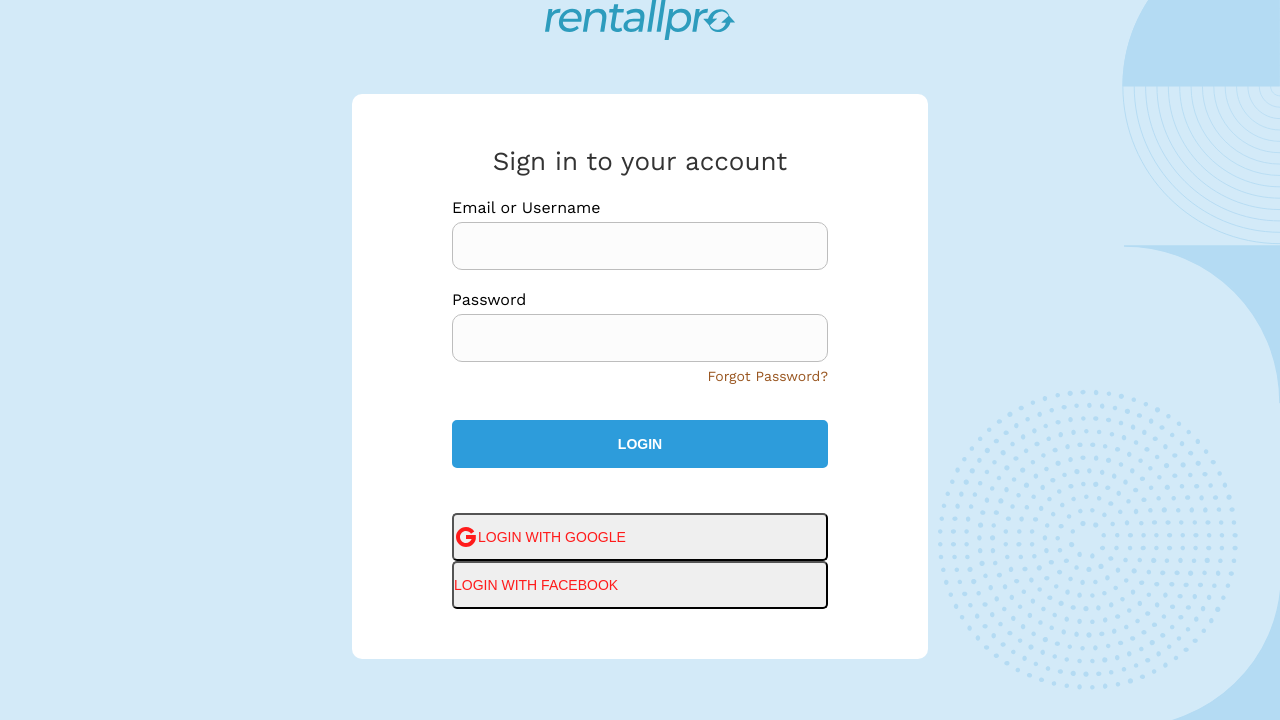
Repository: RentallPro/rentallpro-frontend
Page: /
These files come from the project's save history. The page is drawn as it stood at one moment and after the next save; the edit follows.
The browser window is 1280 px wide. The pictures show the whole page.
The project was rebuilt for these pictures with package versions that can differ from the ones it lists, and the page was loaded fresh each time.

Above is the page before, as saved 2020-12-09 11:00:27.

After the next save:
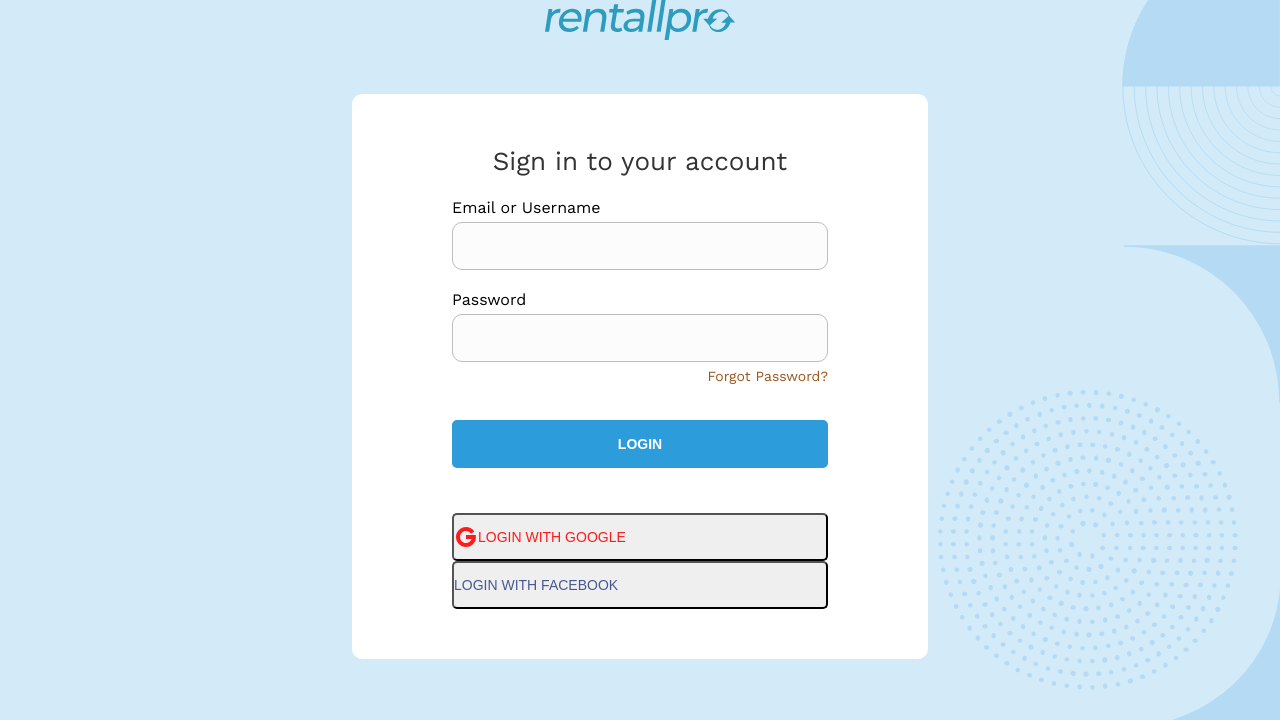
Saved 10 s later.
--- a/src/views/Home/Home.scss
+++ b/src/views/Home/Home.scss
@@ -73,7 +73,7 @@
                 .facebook-button {
                     display: flex;
                     align-items: center;
-                    color: #FF1B1B;
+                    color: #475993;
                     font-weight: 500;
                 }
             }
